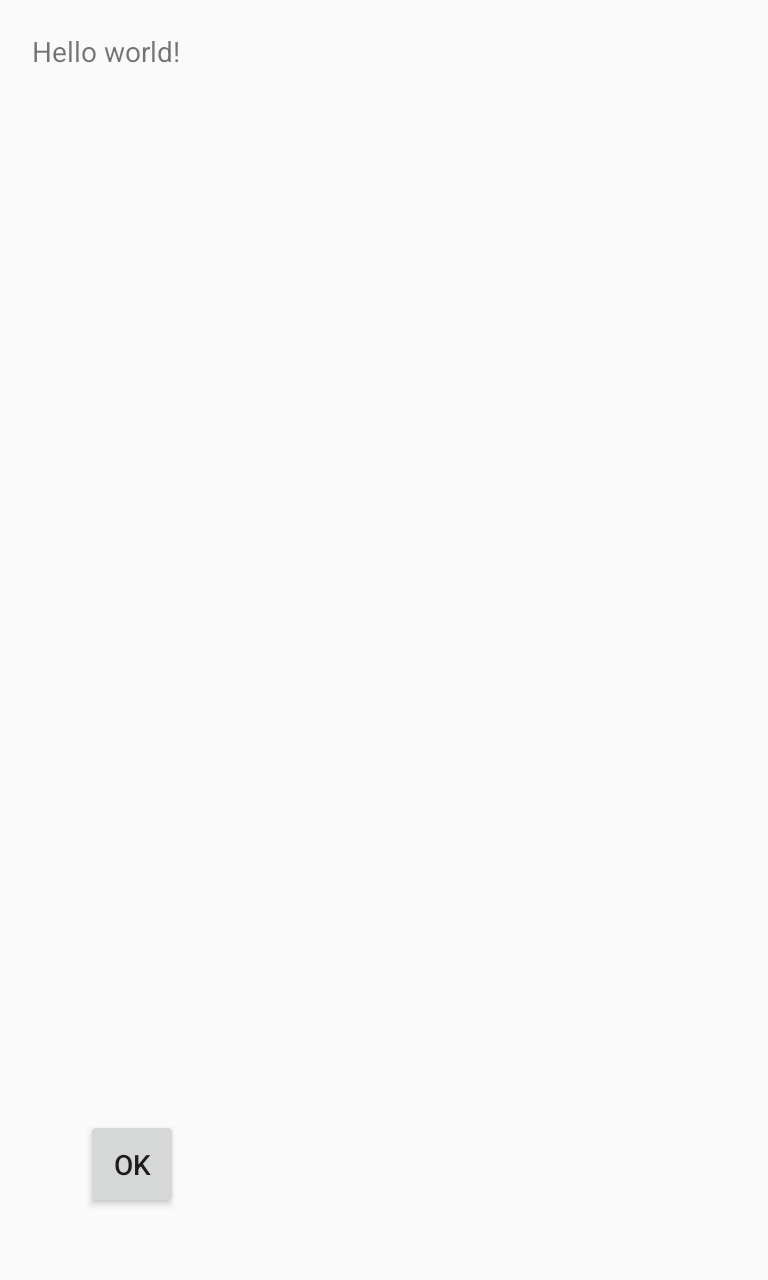
Repository: abhinav-kr/CognitiveAssistanceOnGoogleGlass
Layout: gabriel-android-glass/first-project/res/layout/activity_main.xml
The author's editor kept a copy of each file at every save. The layout is drawn from the files as they stood at one save, then again after the next save.
It is drawn on a 768 x 1280 px phone screen (xhdpi) without system bars, with theme AppTheme; the app's code is not run.

Above is the layout before, as saved 2014-09-12 17:58:51.

After the next save:
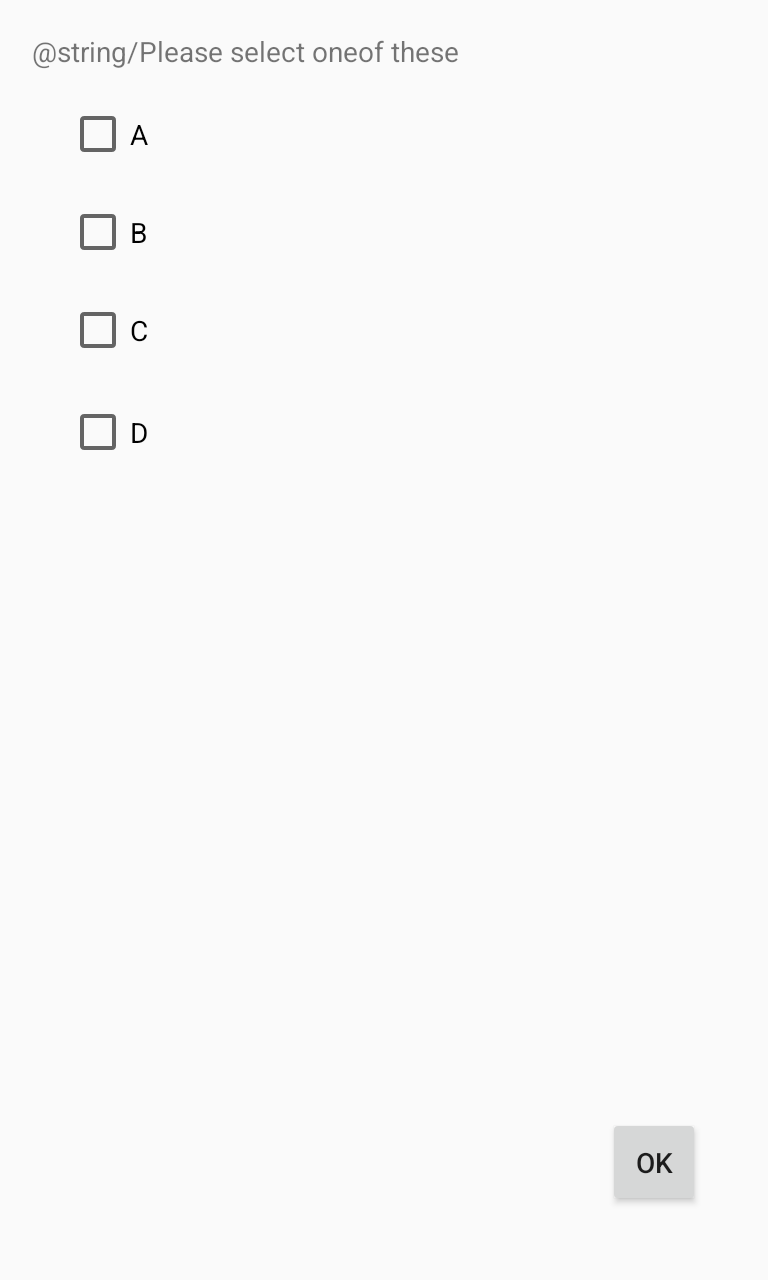
Saved 105 s later.
--- a/gabriel-android-glass/first-project/res/layout/activity_main.xml
+++ b/gabriel-android-glass/first-project/res/layout/activity_main.xml
@@ -12,7 +12,7 @@
         android:id="@+id/textView1"
         android:layout_width="wrap_content"
         android:layout_height="wrap_content"
-        android:text="@string/hello_world" />
+        android:text="@string/Please select oneof these" />
 
     <Button
         android:id="@+id/button1"
@@ -20,8 +20,46 @@
         android:layout_width="wrap_content"
         android:layout_height="wrap_content"
         android:layout_alignParentBottom="true"
-        android:layout_alignRight="@+id/textView1"
-        android:layout_marginBottom="18dp"
+        android:layout_alignParentRight="true"
+        android:layout_marginBottom="19dp"
+        android:layout_marginRight="17dp"
         android:text="OK" />
 
+    <CheckBox
+        android:id="@+id/checkBox1"
+        android:layout_width="wrap_content"
+        android:layout_height="wrap_content"
+        android:layout_alignLeft="@+id/textView1"
+        android:layout_below="@+id/textView1"
+        android:layout_marginLeft="17dp"
+        android:layout_marginTop="16dp"
+        android:text="A" />
+
+    <CheckBox
+        android:id="@+id/checkBox2"
+        android:layout_width="wrap_content"
+        android:layout_height="wrap_content"
+        android:layout_alignLeft="@+id/checkBox1"
+        android:layout_below="@+id/checkBox1"
+        android:layout_marginTop="17dp"
+        android:text="B" />
+
+    <CheckBox
+        android:id="@+id/checkBox3"
+        android:layout_width="wrap_content"
+        android:layout_height="wrap_content"
+        android:layout_alignLeft="@+id/checkBox2"
+        android:layout_below="@+id/checkBox2"
+        android:layout_marginTop="17dp"
+        android:text="C" />
+
+    <CheckBox
+        android:id="@+id/checkBox4"
+        android:layout_width="wrap_content"
+        android:layout_height="wrap_content"
+        android:layout_alignLeft="@+id/checkBox3"
+        android:layout_below="@+id/checkBox3"
+        android:layout_marginTop="19dp"
+        android:text="D" />
+
 </RelativeLayout>
